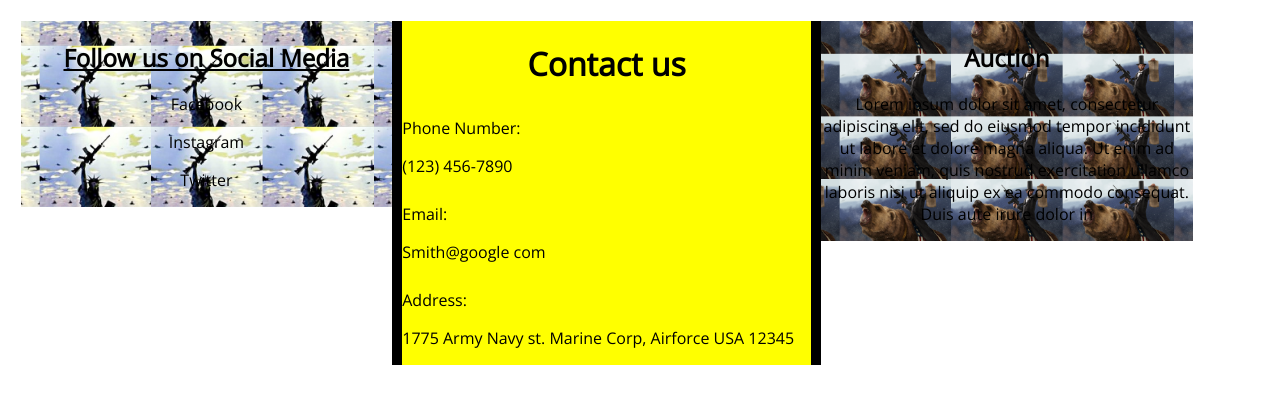
Repository: 3EyEdRav3n/10-2020-cohort-course
Page: week-1/Week-1 Assignment/index.html
The author's editor kept a copy of each file at every save. The page is drawn from the files as they stood at one save, then again after the next save.
The browser window is 1280 px wide. The pictures show the whole page.

Above is the page before, as saved 2020-11-01 22:03:22.

After the next save:
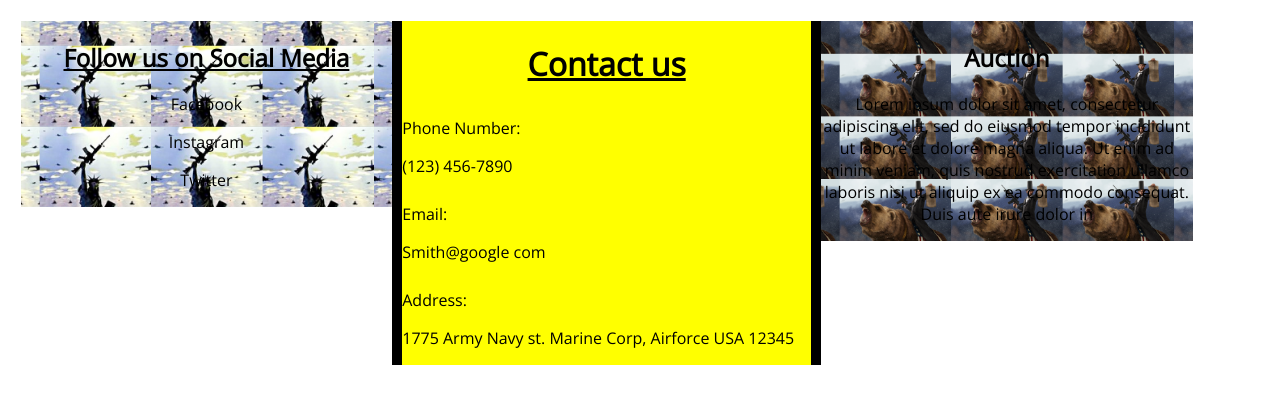
Saved 111 s later.
--- a/week-1/Week-1 Assignment/styles.css
+++ b/week-1/Week-1 Assignment/styles.css
@@ -36,7 +36,7 @@
 .contact{
         font-weight: bold;
         text-align: center;
-
+        text-decoration:underline;
 }
 .ph{
         padding-top: 10px;
@@ -53,7 +53,9 @@
         padding-bottom: 0px;
         text-align: left;
 }
-
+.follow{
+        text-decoration:underline;
+}
 
 h1 {
         font-family: 'Open Sans', sans-serif;
